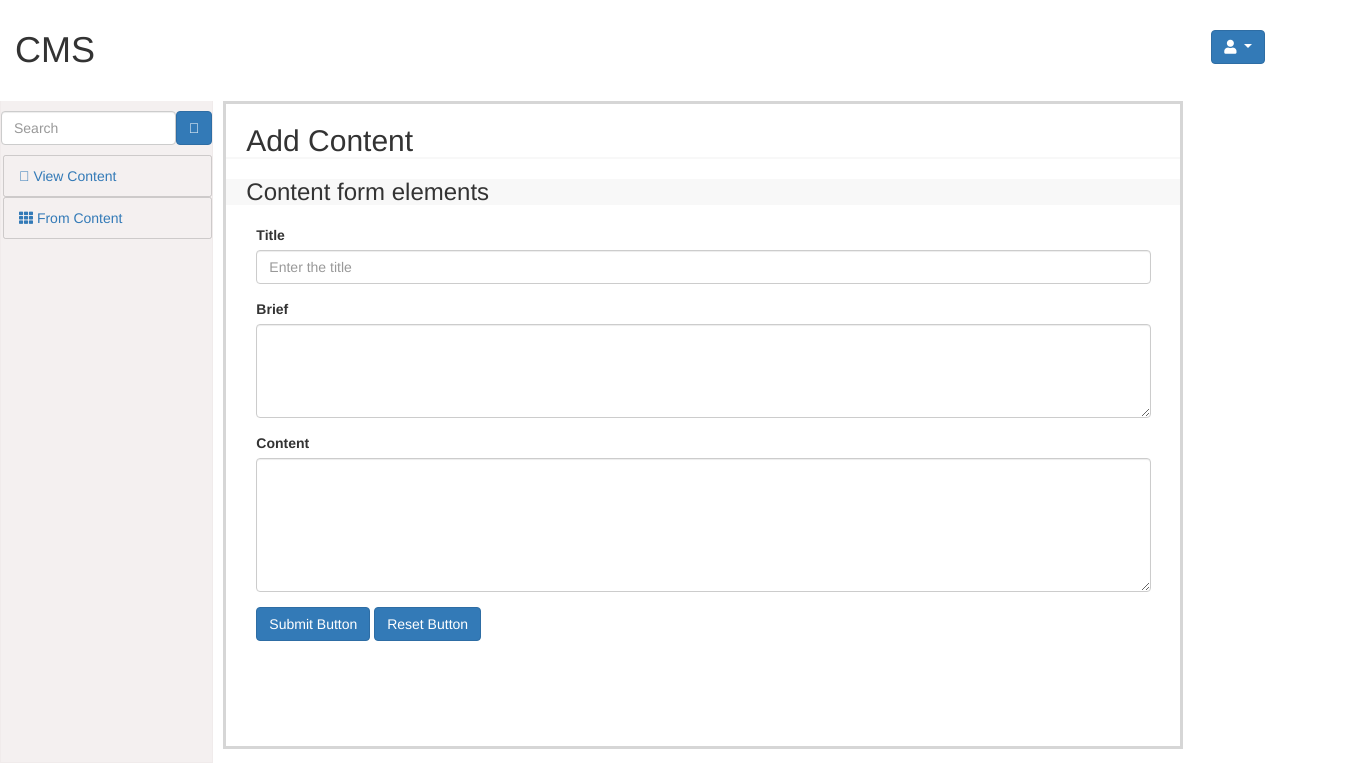
Repository: NgocNB20/travel
Page: NgocNb20_assigment8_9/add.html
These files come from the project's save history. The page is drawn as it stood at one moment and after the next save; the edit follows.
The browser window is 1280 px wide. The page is 1366 px wide, so the pictures cover 1366 px, including what lies to the right of the window. The pictures show the whole page.
Some web libraries are served in a nearby version.

Above is the page before, as saved 2021-10-06 15:34:15.

After the next save:
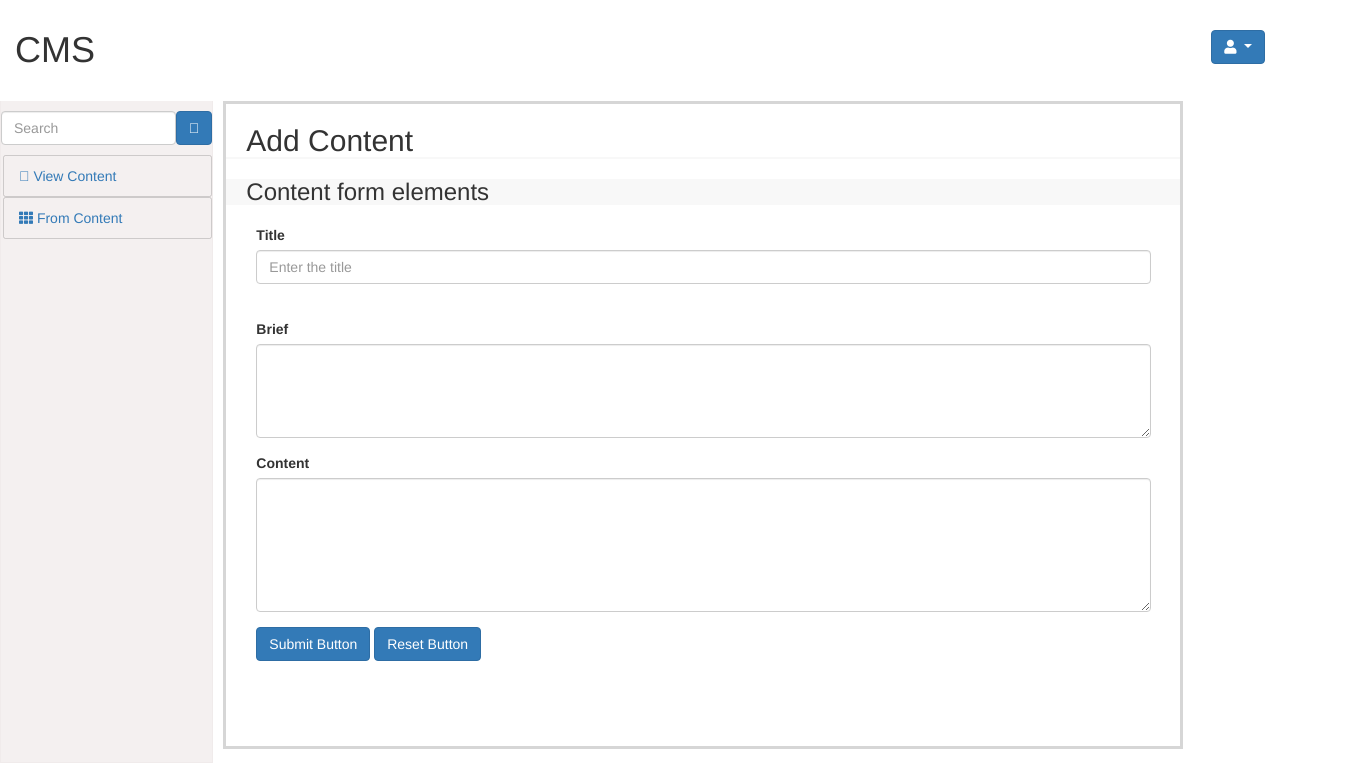
Saved 66 s later.
--- a/NgocNb20_assigment8_9/add.css
+++ b/NgocNb20_assigment8_9/add.css
@@ -127,3 +127,14 @@ ul.nav.nav-pills.flex-column.mb-auto {
 input.form-control.search-query {
     flex: 1 0 60%;
 }
+span.form-message {
+    font-size: 1rem;
+    display: inline-block;
+    padding-top: 1rem;
+}
+.invalid {
+    border-color: #f33a58;
+  }
+  .form-message{
+      color:#f33a58;
+  }
